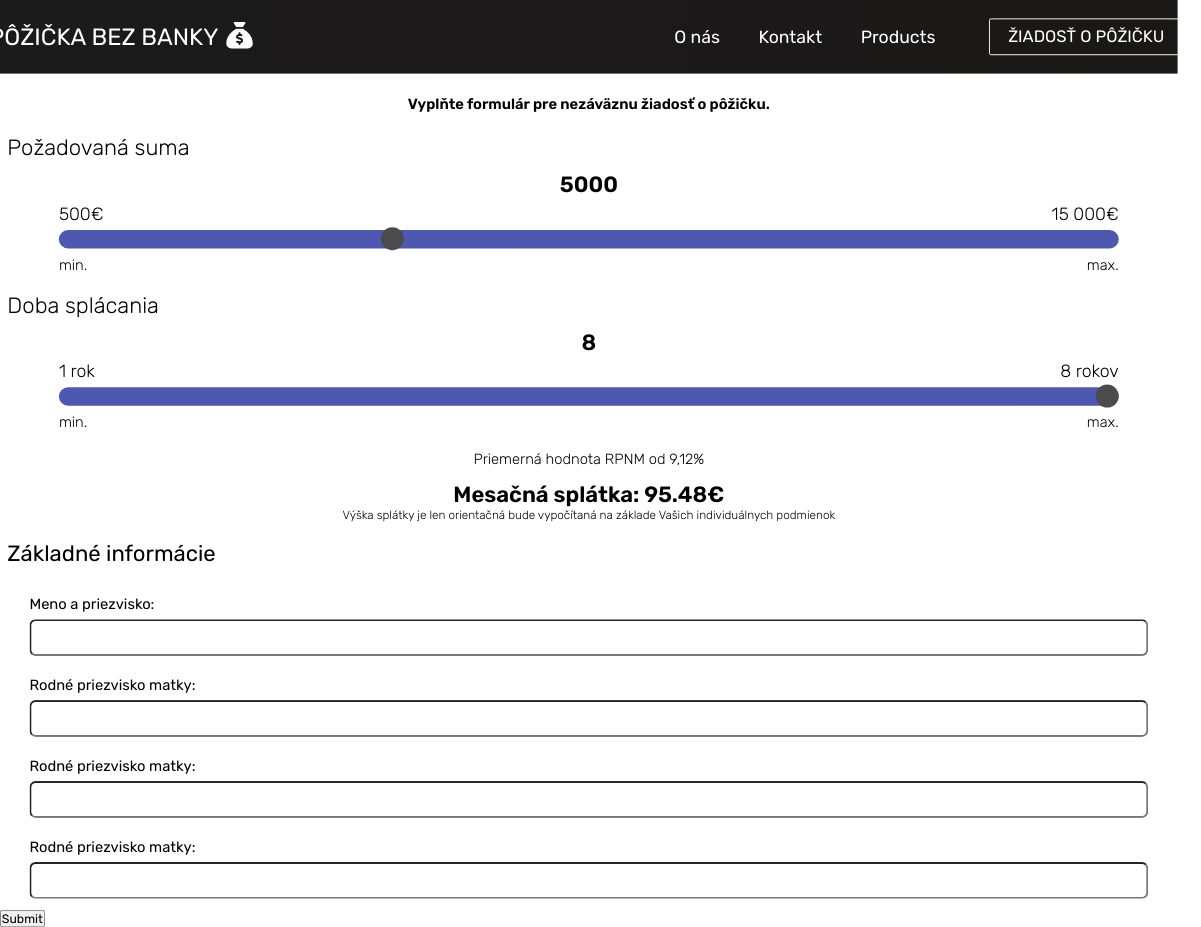
Repository: steve-lgtm/React-website-pozickabezbanky
Page: /ziadost
These files come from the project's save history. The page is drawn as it stood at one moment and after the next save; the edit follows.
The browser window is 1280 px wide. The page is 1305 px wide, so the pictures cover 1305 px, including what lies to the right of the window. The pictures show the whole page, at 92% of full size.
Some web libraries are served in a nearby version. The project was rebuilt for these pictures with package versions that can differ from the ones it lists, and the page was loaded fresh each time. Also part of the build but not shown: src/components/pages/Home.js, src/components/pages/Kontakt.js, src/components/pages/Products.js.

Above is the page before, as saved 2022-07-11 19:39:10.

After the next save:
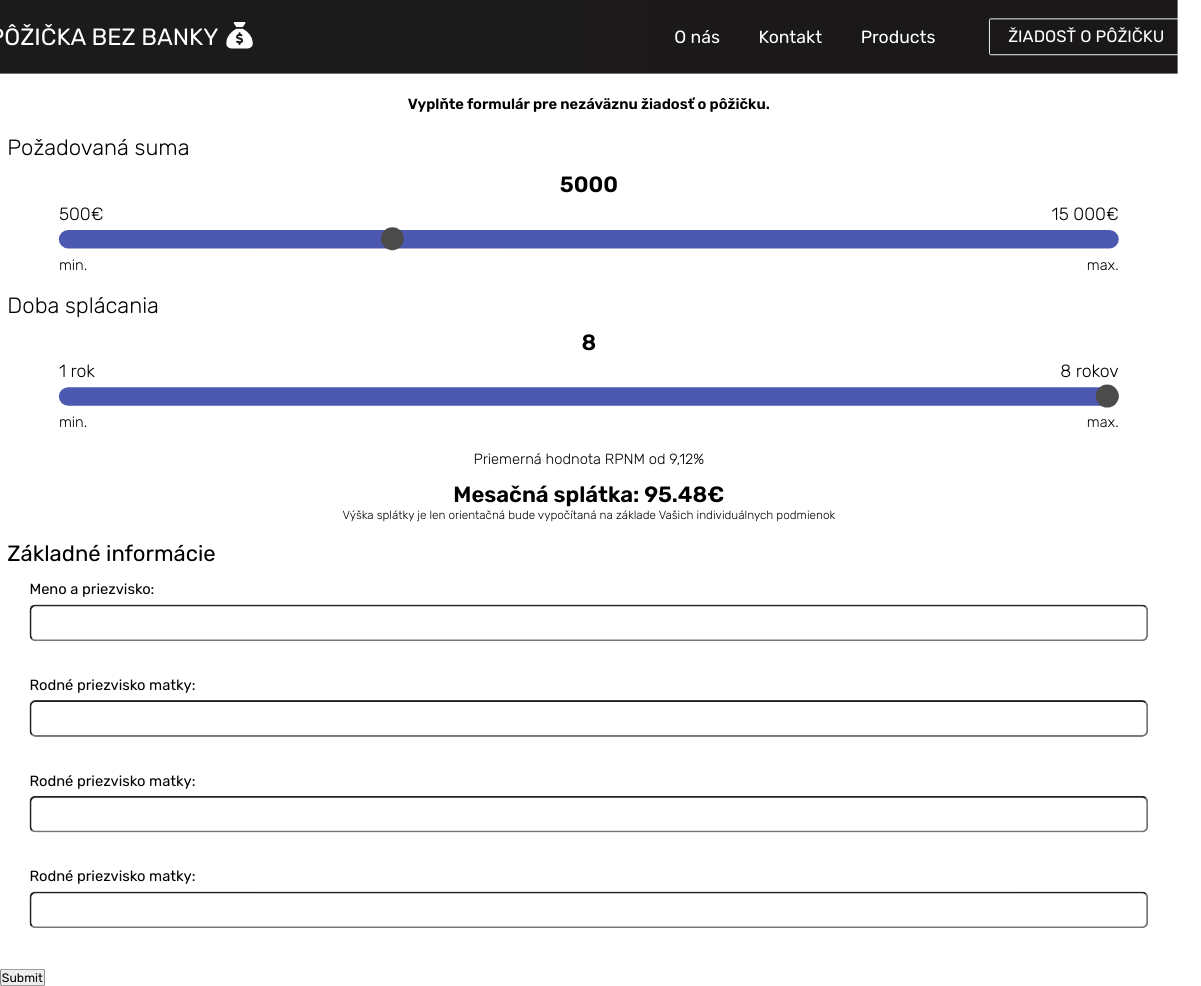
Saved 17 s later.
--- a/src/components/pages/Ziadost.css
+++ b/src/components/pages/Ziadost.css
@@ -91,7 +91,7 @@ font-weight: 300;
     justify-content:space-around;
     height: 4.5em;
     margin: 0 1.5em;
-    margin-top: 1em;
+    margin-bottom: 2em;
 }
 input[type=text] {
     border-radius: 0.5em;
